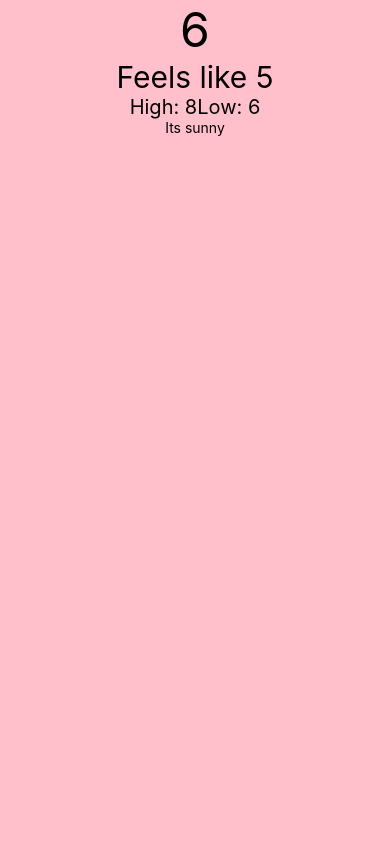
Repository: akinmiday/fcc
Screen: / (app in WeatherApp/)
The author's editor kept a copy of each file at every save. The screen is drawn from the files as they stood at one save, then again after the next save.
The app was drawn by React Native's web renderer in a window 390 px wide. The project was rebuilt for these pictures with package versions that can differ from the ones it lists, and the page was loaded fresh each time.

Above is the screen before, as saved 2023-07-18 07:15:07.

After the next save:
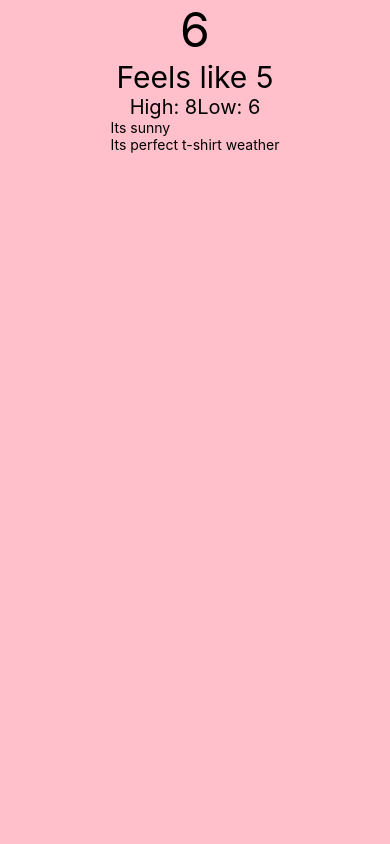
Saved 28 s later.
--- a/WeatherApp/App.js
+++ b/WeatherApp/App.js
@@ -13,7 +13,7 @@ const App = () =>{
       </View>
       <View>
         <Text>Its sunny</Text>
-        <Text></Text>
+        <Text>Its perfect t-shirt weather</Text>
       </View>
 
     </View>
